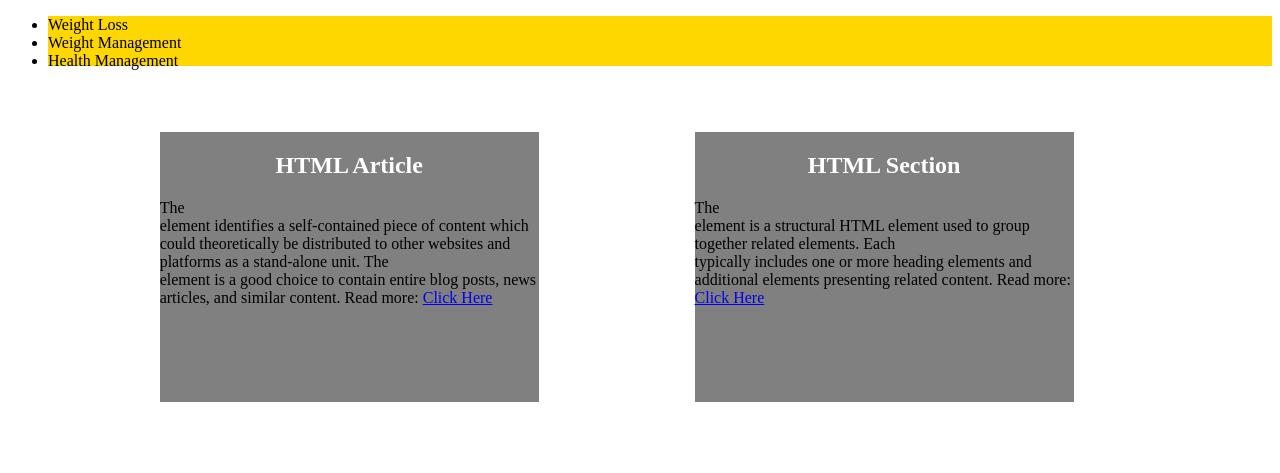
Repository: helloneibor/project1
Page: project1.html
The author's editor kept a record of every edit. The page is drawn from the files as they stood at one moment, then again after the next edit.
The browser window is 1280 px wide. The pictures show the whole page.

Above is the page before.

After the next edit:
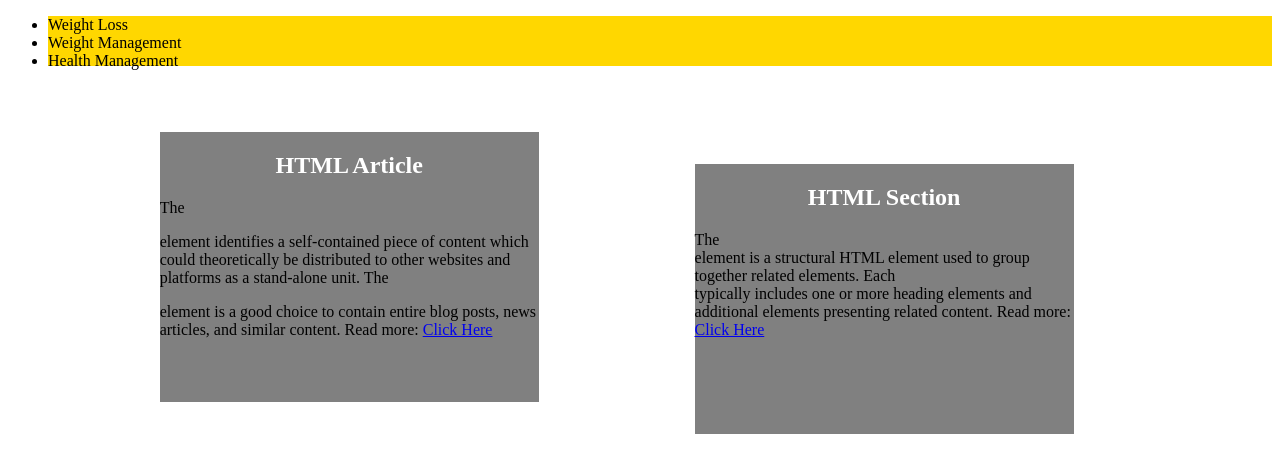
The edit:
--- a/project1.html
+++ b/project1.html
@@ -21,7 +21,8 @@
         <article class="blocks">
             <div>
             <h2> HTML Article </h2>
-            The <article> element identifies a self-contained piece of content which could theoretically be distributed to other websites and platforms as a stand-alone unit. The <article> element is a good choice to contain entire blog posts, news articles, and similar content.
+            <div class="divmarg">
+            The <p> element identifies a self-contained piece of content which could theoretically be distributed to other websites and platforms as a stand-alone unit. The <article> element is a good choice to contain entire blog posts, news articles, and similar content.
 
 Read more: <a href="https://html.com/tags/article/#ixzz5nXVSt3us"/a> Click Here</a>
             </div>

After the 3 edits that followed:
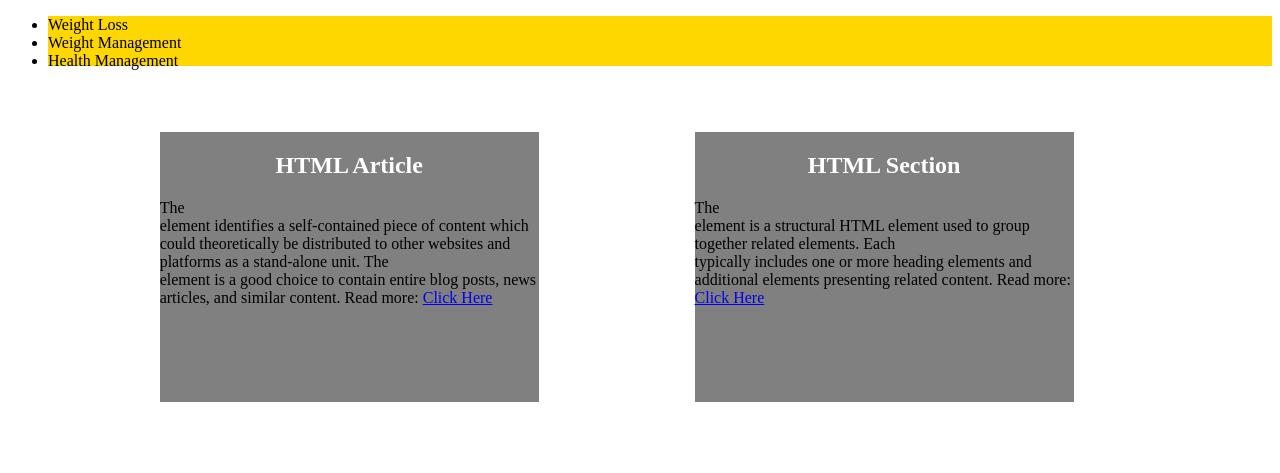
The 3 edits are shown as one change because 2 left the picture as it was.
The edit:
--- a/project1.html
+++ b/project1.html
@@ -22,7 +22,7 @@
             <div>
             <h2> HTML Article </h2>
             <div class="divmarg">
-            The <p> element identifies a self-contained piece of content which could theoretically be distributed to other websites and platforms as a stand-alone unit. The <article> element is a good choice to contain entire blog posts, news articles, and similar content.
+            The <article> element identifies a self-contained piece of content which could theoretically be distributed to other websites and platforms as a stand-alone unit. The <article> element is a good choice to contain entire blog posts, news articles, and similar content.
 
 Read more: <a href="https://html.com/tags/article/#ixzz5nXVSt3us"/a> Click Here</a>
             </div>
